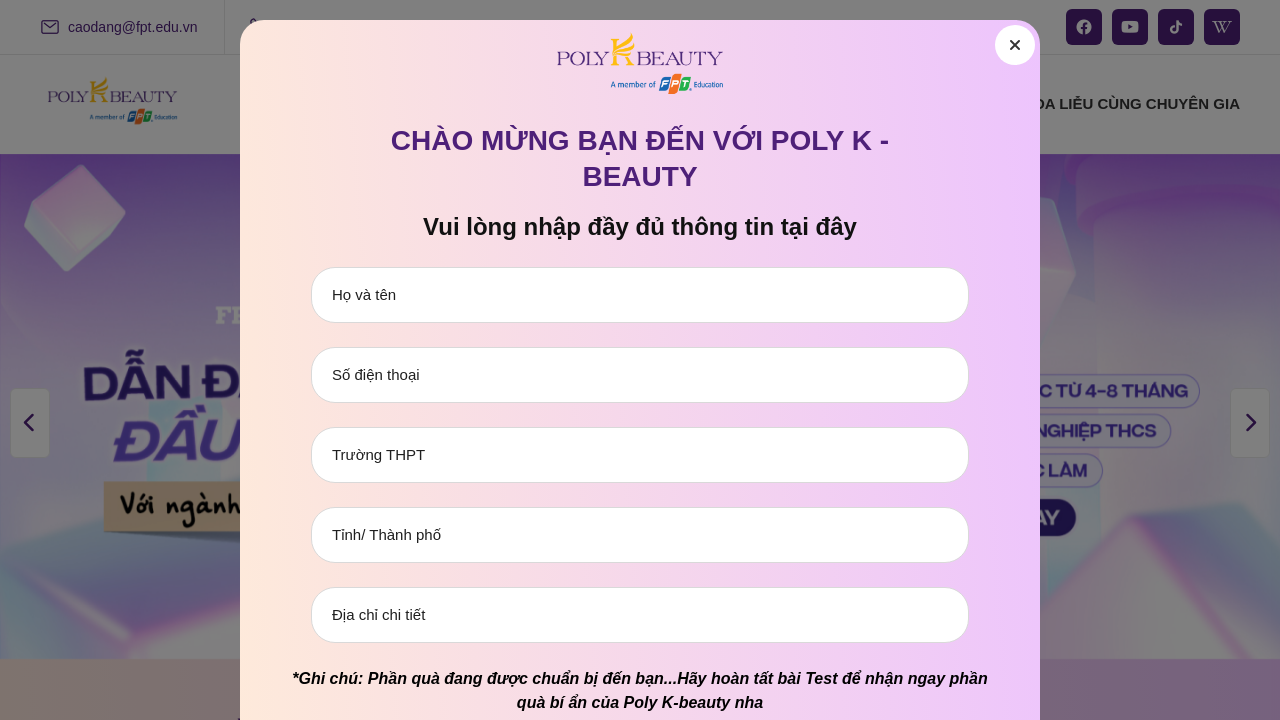
Repository: dinhtri123/k_beauty
Page: test.html
The author's editor kept a copy of each file at every save. The page is drawn from the files as they stood at one save, then again after the next save.
The browser window is 1280 px wide. The pictures show the window.
A layer covers the whole window, so only the first screen is drawn. An inner scrolling area shows only its first screen. Some web fonts or font styles are not loaded; a fallback is used.

Above is the page before, as saved 2024-12-26 09:30:29.

### test.html
<!DOCTYPE html>
<html lang="en">

<head>
  <meta charset="UTF-8">
  <meta name="viewport" content="width=device-width, initial-scale=1.0">
  <title>Page Test</title>
  <link rel="stylesheet" href="https://cdn.jsdelivr.net/npm/swiper@11/swiper-bundle.min.css" />
  <link rel="stylesheet" href="https://cdnjs.cloudflare.com/ajax/libs/font-awesome/6.7.2/css/all.min.css"
    integrity="sha512-Evv84Mr4kqVGRNSgIGL/F/aIDqQb7xQ2vcrdIwxfjThSH8CSR7PBEakCr51Ck+w+/U6swU2Im1vVX0SVk9ABhg=="
    crossorigin="anonymous" referrerpolicy="no-referrer" />
  <link rel="stylesheet" href="./css/style.css">
  <link rel="stylesheet" href="./css/test.css">
</head>

<body>
  <header>
    <div class="header-top-wrapper">
      <div class="container">
        <div class="header-top">
          <div class="header-top-left">
            <a href="mailto:caodang@fpt.edu.vn">
              <img src="./images/mail-outline.png" alt="">
              <span>caodang@fpt.edu.vn</span>
            </a>
            <p>
              <img src="./images/call-outline.png" alt="">
              <a href="tel:024 6327 6402">024 6327 6402</a>
              <span>|</span>
              <a href="tel: 0981 725 836"> 0981 725 836</a>
            </p>
          </div>
          <div class="header-top-right">
            <a href="">
              <img src="./images/Facebook.png" alt="">
            </a>
            <a href="">
              <img src="./images/YouTube.png" alt="">
            </a>
            <a href="">
              <img src="./images/TikTok.png" alt="">
            </a>
            <a href="">
              <img src="./images/Frame.png" alt="">
            </a>
          </div>
        </div>
      </div>
    </div>
    <div class="header-main container">
      <a href="" class="header-logo">
        <img src="./images/logo.png" alt="">
      </a>
      <nav class="header-nav">
        <ul class="header-menu">
          <li>
            <a href="">Trang chủ</a>
          </li>
          <li>
            <a href="">Giới thiệu
              <span>
                <img src="./images/arrow-bottom.png" alt="">
              </span>
            </a>
          </li>
          <li>
            <a href="">ngành đào tạo
              <span>
                <img src="./images/arrow-bottom.png" alt="">
              </span>
            </a>
          </li>
          <li>
            <a href="">ƯU đãi</a>
          </li>
          <li>
            <a href="">kiến thức da liễu cùng chuyên gia</a>
          </li>
          <li class="header-btn-close sm">
            <i class="fa-solid fa-xmark"></i>
          </li>
        </ul>
      </nav>
      <span class="header-btn-menu sm">
        <i class="fa-solid fa-bars"></i>
      </span>
    </div>
  </header>
  <main id="test">
    <section class="slider-hero">
      <div class="swiper hero-swiper">
        <div class="swiper-wrapper">
          <div class="swiper-slide">
            <img src="./images/image 1.jpg" alt="">
          </div>
          <div class="swiper-slide">
            <img src="./images/image 1.jpg" alt="">
          </div>
          <div class="swiper-slide">
            <img src="./images/image 1.jpg" alt="">
          </div>
        </div>
        <div class="hero-btn swiper-button-next">
          <i class="fa-solid fa-chevron-right"></i>
        </div>
        <div class="hero-btn swiper-button-prev">
          <i class="fa-solid fa-chevron-left"></i>
        </div>
        <div class="swiper-pagination"></div>
      </div>
    </section>
    <section class="befenit">
      <div class="container">
        <div class="befenit-inner">
          <h2>CÙNG POLY K-BEAUTY HIỂU HƠN VỀ LÀN DA CỦA BẠN</h2>
          <p>Khám phá bí quyết chăm sóc da phù hợp qua bài trắc nghiệm cùng Poly K-Beauty!</p>
          <div class="befenit-question">
            <div class="question-item">
              <h3>1. Da của bạn thường trông ra sao vào buổi chiều?</h3>
              <div class="question-option">
                <label for="question_1_opt_1">
                  <input type="radio" name="question_1" id="question_1_opt_1">
                  A. Trán, mũi và cằm bị bóng dầu nhưng phần còn lại trên mặt lại bình thường hoặc khô
                </label>
                <label for="question_1_opt_2">
                  <input type="radio" name="question_1" id="question_1_opt_2">
                  B. Tôi nhận thấy một vài vết bong tróc dọc theo đường chân tóc, lông mày và giữa hai bên lông mày.
                </label>
                <label for="question_1_opt_3">
                  <input type="radio" name="question_1" id="question_1_opt_3">
                  C. Da bóng nhờn và không được mịn. Có những nốt mụn nhỏ và một số mụn đầu đen.
                </label>
                <label for="question_1_opt_4">
                  <input type="radio" name="question_1" id="question_1_opt_4">
                  D. Da mịn và láng mượt. Không có dấu hiệu bong tróc.
                </label>
                <label for="question_1_opt_5">
                  <input type="radio" name="question_1" id="question_1_opt_5">
                  E. Điều đầu tiên tôi nhận thấy là các nếp nhăn.
                </label>
              </div>
            </div>
            <div class="question-item">
              <h3>2. Hãy mô tả phần má và vùng dưới mắt của bạn.</h3>
              <div class="question-option">
                <label for="question_2_opt_1">
                  <input type="radio" name="question_2" id="question_2_opt_1">
                  A. Lỗ chân lông nở rộng và có khuyết điểm dưới dạng mụn đầu đen hay đốm mụn trắng.
                </label>
                <label for="question_2_opt_2">
                  <input type="radio" name="question_2" id="question_2_opt_2">
                  B. Hầu như không có vết nhăn dễ thấy nào. Chỉ có một số vùng da khô có thể nhìn ra.
                </label>
                <label for="question_2_opt_3">
                  <input type="radio" name="question_2" id="question_2_opt_3">
                  C. Da nhẵn mịn với lỗ chân lông se khít
                </label>
                <label for="question_2_opt_4">
                  <input type="radio" name="question_2" id="question_2_opt_4">
                  D. Có các nếp nhăn rõ rệt. Da khá khô.
                </label>
                <label for="question_2_opt_5">
                  <input type="radio" name="question_2" id="question_2_opt_5">
                  E. Da bị kích ứng và khô. Có cảm giác da bị căng.
                </label>
              </div>
            </div>
            <div class="question-item">
              <h3>3. Da của bạn có dễ gặp phải các vấn đề về thâm, hay đỏ rát không?</h3>
              <div class="question-option">
                <label for="question_3_opt_1">
                  <input type="radio" name="question_3" id="question_3_opt_1">
                  A. Có, nhưng chỉ ở vùng chữ T (trán, mũi và cằm)
                </label>
                <label for="question_3_opt_2">
                  <input type="radio" name="question_3" id="question_3_opt_2">
                  B. Da tôi hơi đỏ, có chút tấy, và có chỗ không đồng đều về độ ẩm
                </label>
                <label for="question_3_opt_3">
                  <input type="radio" name="question_3" id="question_3_opt_3">
                  C. Có. Tôi thường gặp phải các vấn đề trên.
                </label>
                <label for="question_3_opt_4">
                  <input type="radio" name="question_3" id="question_3_opt_4">
                  D. Đôi khi.
                </label>
                <label for="question_3_opt_5">
                  <input type="radio" name="question_3" id="question_3_opt_5">
                  E. Hầu như không bao giờ.
                </label>
              </div>
            </div>
            <button>Nộp bài Test <i class="fa-solid fa-arrow-right"></i></button>
          </div>
        </div>
      </div>
    </section>
    <section class="package">
      <div class="container">
        <div class="package-inner">
          <h2>POLY K-BEAUTY'S PACKAGE <span class="line"></span></h2>
          <div class="package-item">
            <img src="./images/package_img1.jpg" alt="">
            <h3>Dịch vụ chăm sóc và điều trị</h3>
          </div>
          <div class="package-item">
            <img src="./images/package_img2.jpg" alt="">
            <h3>QUY TRÌNH CHẤM TCA TRỊ</h3>
          </div>
          <div class="package-item">
            <img src="./images/package_img3.jpg" alt="">
            <h3>PHƯƠNG PHÁP TIÊM SẸO LỒI</h3>
          </div>
          <div class="package-item">
            <img src="./images/package_img4.jpg" alt="">
            <h3>LASER TRỊ THÂM CÓ TỐT</h3>
          </div>
          <div class="package-item">
            <img src="./images/package_img5.jpg" alt="">
            <h3>TRỊ NẤM DA BẰNG LASER TẠI</h3>
          </div>
          <div class="package-item">
            <img src="./images/package_img6.jpg" alt="">
            <h3>LÀN DA KHÔNG ĐỀU MÀU VÀ</h3>
          </div>
          <div class="package-item">
            <img src="./images/package_img7.jpg" alt="">
            <h3>GIẢI PHÁP ĐIỀU TRỊ MỤN THỊT</h3>
          </div>
          <div class="package-item">
            <img src="./images/package_img8.jpg" alt="">
            <h3>ĐIỀU TRỊ SẸO RỖ BẰNG LASER</h3>
          </div>
          <div class="package-item">
            <img src="./images/package_img9.jpg" alt="">
            <h3>TRẺ HOÁ BẰNG LASER</h3>
          </div>
          <div class="package-item">
            <img src="./images/package_img10.jpg" alt="">
            <h3>CHỐNG LÃO HOÁ TUỔI 30</h3>
          </div>
          <div class="package-item">
            <img src="./images/package_img11.jpg" alt="">
            <h3>ĐIỀU TRỊ MỤN Ở NGƯỜI LỚN</h3>
          </div>
          <div class="package-item">
            <img src="./images/package_img12.jpg" alt="">
            <h3>XOÁ XĂM HIỆU QUẢ VÀ</h3>
          </div>
          <div class="package-item">
            <img src="./images/package_img13.jpg" alt="">
            <h3>ĐIỀU TRỊ GIÃN MAO MẠCH</h3>
          </div>
          <div class="package-item">
            <img src="./images/package_img14.jpg" alt="">
            <h3>PHƯƠNG PHÁP TRỊ SẸO LỒI</h3>
          </div>
          <div class="package-item">
            <img src="./images/package_img15.jpg" alt="">
            <h3>LĂN KIM TRỊ SẸO RỖ</h3>
          </div>
          <div class="package-item">
            <img src="./images/package_img16.jpg" alt="">
            <h3>ĐIỆN DI VITAMIN C - GIẢI PHÁP</h3>
          </div>
          <div class="package-item">
            <img src="./images/package_img17.jpg" alt="">
            <h3>TRẺ HOÁ DA VỚI LIỆU TRÌNH</h3>
          </div>
          <div class="package-item">
            <img src="./images/package_img18.jpg" alt="">
            <h3>PEEL DA HOÁ HỌC CHUYÊN</h3>
          </div>
          <div class="package-item">
            <img src="./images/package_img19.jpg" alt="">
            <h3>PEEL DA HOÁ HỌC NỒNG ĐỘ</h3>
          </div>
          <div class="package-item">
            <img src="./images/package_img20.jpg" alt="">
            <h3>PEEL DA HOÁ HỌC NỒNG ĐỘ</h3>
          </div>
          <div class="package-item">
            <img src="./images/package_img21.jpg" alt="">
            <h3>PEEL DA HOÁ HỌC</h3>
          </div>
          <div class="package-item">
            <img src="./images/package_img22.jpg" alt="">
            <h3>PHƯƠNG PHÁP MÀI DA VI</h3>
          </div>
          <div class="package-item">
            <img src="./images/package_img23.jpg" alt="">
            <h3>CHẮM SÓC & ĐIỀU TRỊ DA CHO</h3>
          </div>
          <div class="package-item">
            <img src="./images/package_img24.jpg" alt="">
            <h3>XOÁ NỐT RUỒI</h3>
          </div>
          <div class="package-item">
            <img src="./images/package_img25.jpg" alt="">
            <h3>KIỂM TRA DA MẶT Ở ĐÂU ĐỂ</h3>
          </div>
          <div class="package-item">
            <img src="./images/package_img26.jpg" alt="">
            <h3>DỊCH VỤ CHĂM SÓC DA MẶT</h3>
          </div>
          <div class="package-item">
            <img src="./images/package_img27.jpg" alt="">
            <h3>MỤN LÀ CHUYỆN NHỎ VỚI</h3>
          </div>
          <div class="package-item">
            <img src="./images/package_img28.jpg" alt="">
            <h3>TÌM LẠI LÀN DA MỊN MÀNG VỚI</h3>
          </div>
          <div class="package-item">
            <img src="./images/package_img29.jpg" alt="">
            <h3>ĐỐT MỤN THỊT, U VÀNG</h3>
          </div>
          <div class="package-item">
            <img src="./images/package_img30.jpg" alt="">
            <h3>ĐIỀU TRỊ MỤN TRỨNG CÁ DỨT</h3>
          </div>
          <div class="package-item">
            <img src="./images/package_img31.jpg" alt="">
            <h3>TRIỆT LÔNG VĨNH VIỄN</h3>
          </div>
          <div class="package-item">
            <img src="./images/package_img32.jpg" alt="">
            <h3>NÁM DA VÀ RỐI LOẠN SẮC TỐ</h3>
          </div>
          <div class="package-item">
            <img src="./images/package_img33.jpg" alt="">
            <h3>LIỆU TRÌNH TRẺ HOÁ DA LÀM</h3>
          </div>
          <div class="package-item">
            <img src="./images/package_img34.jpg" alt="">
            <h3>ĐIỀU TRỊ TRỊ MỤN</h3>
          </div>
        </div>
      </div>
    </section>
  </main>
  <div class="form-bottom">
    <div class="container">
      <div class="form-inner">
        <div class="form-text">
          <h2>Tìm hiểu chương trình tại Poly K-Beauty và nhận tư vấn ngay!</h2>
          <button>Đăng ký ngay</button>
        </div>
        <div class="form-img">
          <img src="./images/form-img.png" alt="">
        </div>
      </div>
    </div>
  </div>
  <footer>
    <div class="container">
      <div class="footer-wrapper">
        <div class="footer-left">
          <div class="footer-logo">
            <img src="./images/logo-footer.png" alt="">
          </div>
          <div class="footer-social">
            <a href="#">
              <img src="./images/icon-fb.png" alt="">
            </a>
            <a href="#">
              <img src="./images/icon-ytb.png" alt="">
            </a>
            <a href="#">
              <img src="./images/icon-tiktok.png" alt="">
            </a>
            <a href="#">
              <img src="./images/icon-wiki.png" alt="">
            </a>
          </div>
          <div class="footer-contact">
            <h3>THÔNG TIN LIÊN HỆ</h3>
            <ul>
              <li>Điện thoại: (024) 7300 1955</li>
              <li>Email: caodang@fpt.edu.vn</li>
            </ul>
          </div>
        </div>
        <div class="footer-right">
          <h3>HỆ THỐNG VĂN PHÒNG TUYỂN SINH</h3>
          <div class="footer-local">
            <div class="local-item">
              <h4>Cơ sở Hà Nội</h4>
              <ul>
                <li><span><ion-icon name="location-outline"></ion-icon></span> Cổng số 1, Tòa nhà FPT
                  Polytechnic, 13 phố Trịnh Văn Bô, phường Phương Canh, quận Nam Từ Liêm, TP Hà Nội
                  Km12
                  Cầu Diễn, Phường Phúc Diễn, Quận Bắc Từ Liêm, Hà Nội</li>
                <li><span><ion-icon name="call-outline"></ion-icon></span>(024) 8582 0808</li>
              </ul>
            </div>
            <div class="local-item">
              <h4>Cơ sở Hồ Chí Minh</h4>
              <ul>
                <li><span><ion-icon name="location-outline"></ion-icon></span> Tòa nhà QTSC9 (toà T),
                  đường
                  Tô Ký, phường Tân Chánh Hiệp, quận 12, TP HCM.</li>
                <li><span><ion-icon name="location-outline"></ion-icon></span> 778/B1 Nguyễn Kiệm,
                  phường
                  04, quận Phú Nhuận, TP HCM
                  0901 660 002 – 028 6686 6486</li>
              </ul>
            </div>
            <div class="local-item">
              <h4>Cơ sở Thái Nguyên</h4>
              <ul>
                <li><span><ion-icon name="location-outline"></ion-icon></span> Tòa nhà FPT Polytechnic,
                  đường đê Mỏ Bạch, tổ 10, phường Quyết Thắng, TP Thái Nguyên, tỉnh Thái Nguyên</li>
                <li><span><ion-icon name="location-outline"></ion-icon></span> 091 532 9213</li>
              </ul>
            </div>
            <div class="local-item">
              <h4>Cơ sở Đà Nẵng</h4>
              <ul>
                <li><span><ion-icon name="location-outline"></ion-icon></span> 219 Nguyễn Sinh Sắc,
                  phường
                  Hoà Minh, quận Liên Chiểu, TP Đà Nẵng</li>
                <li><span><ion-icon name="location-outline"></ion-icon></span> 023 6371 0999 – 094 302
                  5282
                </li>
              </ul>
            </div>
            <div class="local-item">
              <h4>Cơ sở Hải Phòng</h4>
              <ul>
                <li><span><ion-icon name="location-outline"></ion-icon></span> 271 Lê Thánh Tông, phường
                  Máy
                  Chai, quận Ngô Quyền, TP Hải Phòng</li>
                <li><span><ion-icon name="location-outline"></ion-icon></span> 0915431313</li>
              </ul>
            </div>
            <div class="local-item">
              <h4>Cơ sở Quy Nhơn</h4>
              <ul>
                <li><span><ion-icon name="location-outline"></ion-icon></span> 107A Thanh Niên, phường
                  Quang
                  Trung, TP Quy Nhơn, tỉnh Bình Định</li>
                <li><span><ion-icon name="location-outline"></ion-icon></span> 039 404 4568</li>
              </ul>
            </div>
            <div class="local-item">
              <h4>Cơ sở Hà Nam</h4>
              <ul>
                <li><span><ion-icon name="location-outline"></ion-icon></span> Tổ hợp Giáo dục FPT,
                  Unischool, Khu Đại học Nam Cao, Phường Hoàng Đông, Thị xã Duy Tiên, Hà Nam</li>
                <li><span><ion-icon name="location-outline"></ion-icon></span> 0911 968 213</li>
              </ul>
            </div>
            <div class="local-item">
              <h4>Cơ sở Tây Nguyên</h4>
              <ul>
                <li><span><ion-icon name="location-outline"></ion-icon></span> Số 300, 6 Đường Hà Huy
                  Tập,
                  Tổ dân phố 8, phường Tân An, TP Buôn Ma Thuột, Đắk Lắk</li>
                <li><span><ion-icon name="location-outline"></ion-icon></span> 026 2355 5678</li>
              </ul>
            </div>
            <div class="local-item">
              <h4>Cơ sở Thanh Hoá</h4>
              <ul>
                <li><span><ion-icon name="location-outline"></ion-icon></span> Tòa Beta, Tổ hợp giáo dục
                  FPT, Đại lộ Võ Nguyên Giáp, phường Quảng Thành, TP Thanh Hóa</li>
                <li><span><ion-icon name="location-outline"></ion-icon></span> 091 378 5213</li>
              </ul>
            </div>
            <div class="local-item">
              <h4>Cơ sở Đồng Nai</h4>
              <ul>
                <li><span><ion-icon name="location-outline"></ion-icon></span> 193 Đỗ Văn Thi, phường
                  Hiệp
                  Hòa, TP Biên Hòa, tỉnh Đồng Nai</li>
                <li><span><ion-icon name="location-outline"></ion-icon></span> 0345 690 031 – 0989 871
                  031
                </li>
              </ul>
            </div>
            <div class="local-item">
              <h4>Cơ sở Cần Thơ</h4>
              <ul>
                <li><span><ion-icon name="location-outline"></ion-icon></span> Toà nhà FPT Polytechnic,
                  đường số 22, phường Thường Thạnh, quận Cái Răng, TP Cần Thơ</li>
                <li><span><ion-icon name="location-outline"></ion-icon></span> 098 388 1100 – 091 2823
                  492
                </li>
              </ul>
            </div>
          </div>
        </div>
      </div>
    </div>
  </footer>
  <div class="popup">
    <div class="popup-inner">
      <span class="popup-btn-close">
        <i class="fa-solid fa-xmark"></i>
      </span>
      <span class="popup-logo">
        <img src="./images/logo.png" alt="">
      </span>
      <h3 class="popup-title">Cảm ơn bạn đã làm bài test Hiểu làn da cùng Poly K-Beauty</h3>
      <p class="popup-desc">Bạn thuộc làn Da Hỗn Hợp</p>
      <span class="popup-img">
        <img src="./images/popup-img.png" alt="">
      </span>
      <i>*Note: Hãy điền đầy đủ thông tin để nhận các phần quà từ POLY K-BEAUTY bạn nha!!</i>
      <a href="#" class="popup-link">Xem tips và những cách để chăm sóc bảo về làn da của bạn</a>
      <a href="#" class="popup-btn">Nhận ưu đãi</a>
    </div>
  </div>
  <div class="popup popup-register active">
    <div class="popup-inner">
      <span class="popup-btn-close">
        <i class="fa-solid fa-xmark"></i>
      </span>
      <span class="popup-logo">
        <img src="./images/logo.png" alt="">
      </span>
      <h3 class="popup-title">CHÀO MỪNG BẠN ĐẾN VỚI POLY K - BEAUTY</h3>
      <p class="popup-desc">Vui lòng nhập đầy đủ thông tin tại đây</p>
      <form action="">
        <input type="text" name="name" id="name" placeholder="Họ và tên">
        <input type="tel" name="phone" id="phone" placeholder="Số điện thoại">
        <input type="text" name="school" id="school" placeholder="Trường THPT">
        <select>
          <option value="" selected>Tỉnh/ Thành phố</option>
          <option value="">Tỉnh/ Thành phố</option>
          <option value="">Tỉnh/ Thành phố</option>
        </select>
        <input type="text" name="address" id="address" placeholder="Địa chỉ chi tiết">
        <p>*Ghi chú: Phần quà đang được chuẩn bị đến bạn...Hãy hoàn tất bài Test để nhận ngay phần quà bí ẩn của Poly
          K-beauty nha</p>
        <button type="submit" class="popup-btn">Đăng ký nhận quà</button>
      </form>
    </div>
  </div>
</body>

<script src="https://cdn.jsdelivr.net/npm/swiper@11/swiper-bundle.min.js"></script>

<script>
  var swiper = new Swiper(".hero-swiper", {
    loop: true,
    navigation: {
      nextEl: ".swiper-button-next",
      prevEl: ".swiper-button-prev",
    },
    pagination: {
      el: ".swiper-pagination",
    },
  });
</script>
<script src="./js/index.js"></script>

</html>

### css/test.css
.befenit-question *:not(::before) {
  font-family: var(--font-secondary);
}
.question-item {
  background-color: var(--cl-white);
  padding: 24px 32px;
  border-radius: 24px;
  margin-bottom: 24px;
}
.question-item h3 {
  color: #000;
  font-size: 24px;
  line-height: 32px;
  font-weight: 700;
  margin-bottom: 24px;
  text-align: left;
}
.question-option {
  display: flex;
  flex-direction: column;
  gap: 16px;
}
.question-option label {
  border-radius: 50px;
  min-height: 52px;
  padding: 14px 24px;
  display: flex;
  align-items: center;
  text-align: left;
  gap: 12px;
  color: #000;
  font-size: 16px;
  line-height: 24px;
  font-weight: 500;
  border: 1px solid rgba(204, 204, 204, 1);
}
.question-option label.active {
  background-color: var(--cl-primary);
  color: var(--cl-white);
}
.befenit-question button {
  padding: 16px 32px;
  border-radius: 50px;
  background-color: var(--cl-primary);
  font-size: 20px;
  line-height: 28px;
  font-weight: 590;
  display: flex;
  align-items: center;
  justify-content: center;
  gap: 10px;
  color: var(--cl-white);
  margin: 32px auto 0px;
  cursor: pointer;
}
@media screen and (max-width: 767px) {
  .question-item h3 {
    font-size: 20px;
    line-height: 24px;
    margin-bottom: 20px;
  }
  .question-item {
    padding: 20px;
    border-radius: 12px;
  }
  .question-option label {
    padding: 12px;
    border-radius: 12px;
  }
  .befenit-question button {
    font-size: 16px;
    line-height: 20px;
  }
}

Loaded but not shown: js/index.js (50 lines, source omitted); css/style.css (891 lines, source omitted)

After the next save:
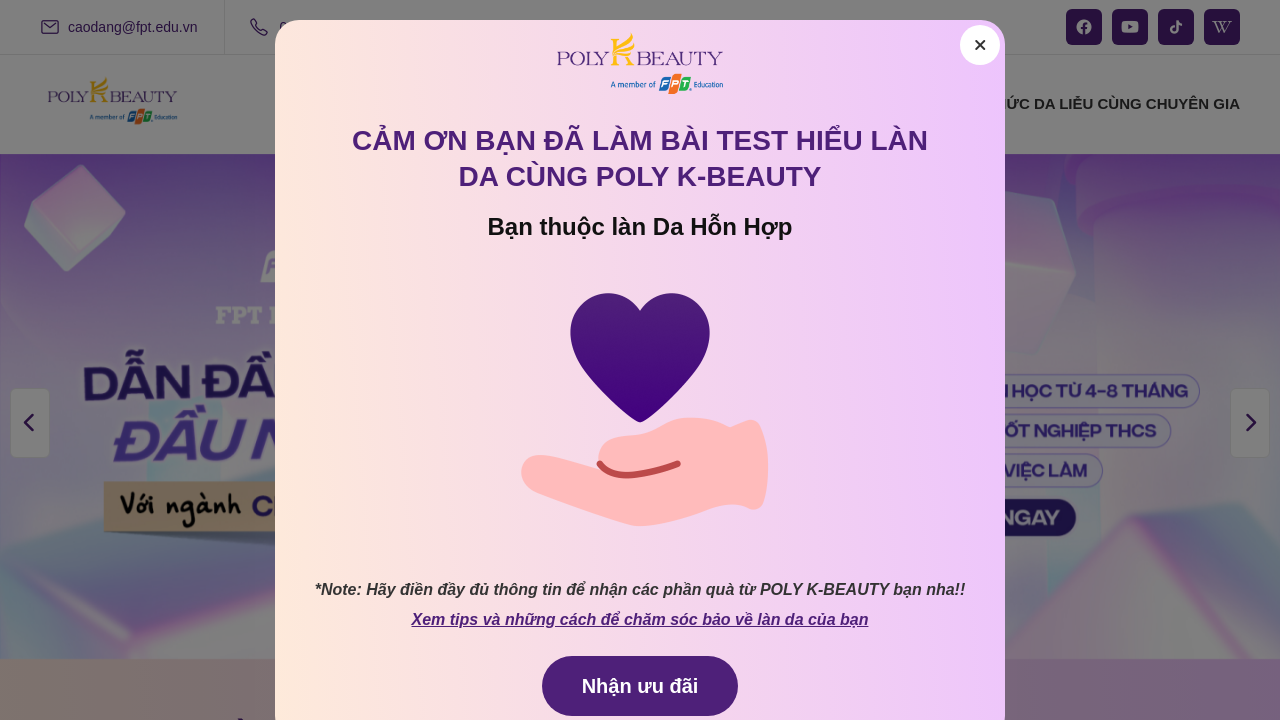
Saved 11 s later.
--- a/test.html
+++ b/test.html
@@ -494,7 +494,7 @@
       </div>
     </div>
   </footer>
-  <div class="popup">
+  <div class="popup active">
     <div class="popup-inner">
       <span class="popup-btn-close">
         <i class="fa-solid fa-xmark"></i>
@@ -512,7 +512,7 @@
       <a href="#" class="popup-btn">Nhận ưu đãi</a>
     </div>
   </div>
-  <div class="popup popup-register active">
+  <div class="popup popup-register ">
     <div class="popup-inner">
       <span class="popup-btn-close">
         <i class="fa-solid fa-xmark"></i>
